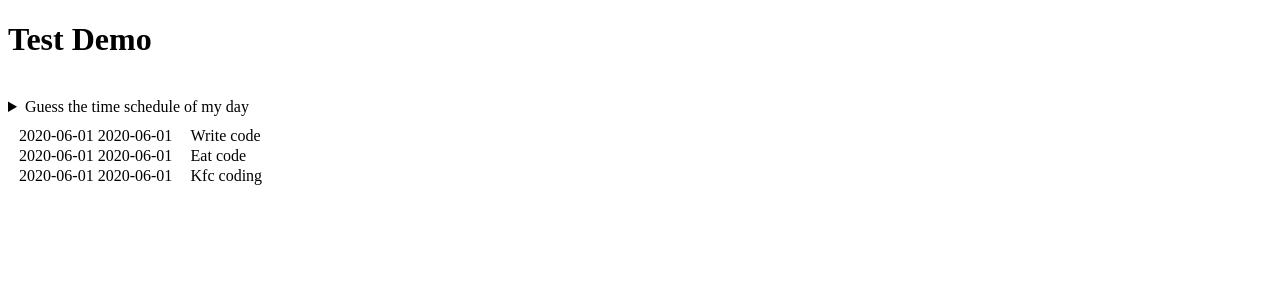
Repository: cavidk/taco_shop-web
Page: html basics/index.html
The author's editor kept a copy of each file at every save. The page is drawn from the files as they stood at one save, then again after the next save.
The browser window is 1280 px wide. The pictures show the whole page.

Above is the page before, as saved 2024-06-07 12:45:15.

### html basics/index.html
<!DOCTYPE html>
<html lang="en">
<head>
   <meta charset="UTF-8">
   <meta name="viewport" content="width=device-width, initial-scale=1.0">
   <link rel="stylesheet" href="style.css" type="text/css"></link>
   <title>Document</title>
</head>
<body>
   <h1>Test Demo</h1>
<br>
   <aside>
   <details>
      <summary>Guess the time schedule of my day</summary>
      <p>Details</p>

   </aside>


   <table >
   <tr id="border1">
      <td>
         <time datetime="2020-06-01">2020-06-01</time>
         <time datetime="11:00">2020-06-01</datetime>
      </td>
      <td>Write code</td>
      </tr>

      <tr>
         <td>
            <time datetime="2020-06-01">2020-06-01</time>
            <time datetime="11:00">2020-06-01</datetime>
         </td>
         <td>Eat code</td>
         </tr>

         <tr>
            <td>
               <time datetime="2020-06-01">2020-06-01</time>
               <time datetime="11:00">2020-06-01</datetime>
            </td>
            <td>Kfc coding</td>
            </tr>
   </table>

</body>
</html>

### html basics/style.css
table{
      width: 20%;
      border-collapse: collapse;
      margin: 10px;
      padding: 10px;;
      border-radius: 50px;
}

After the next save:
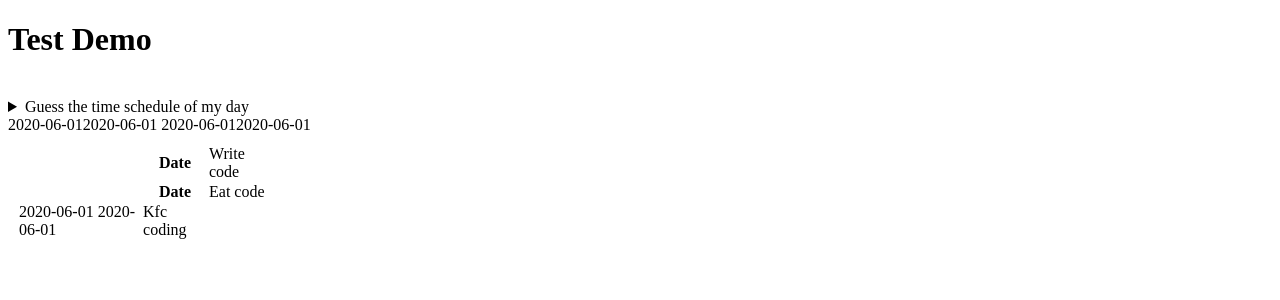
Saved 49 s later.
--- a/html basics/index.html
+++ b/html basics/index.html
@@ -20,6 +20,7 @@
    <table >
    <tr id="border1">
       <td>
+         <th>Date</th>
          <time datetime="2020-06-01">2020-06-01</time>
          <time datetime="11:00">2020-06-01</datetime>
       </td>
@@ -28,6 +29,7 @@
 
       <tr>
          <td>
+            <th>Date</th>
             <time datetime="2020-06-01">2020-06-01</time>
             <time datetime="11:00">2020-06-01</datetime>
          </td>
